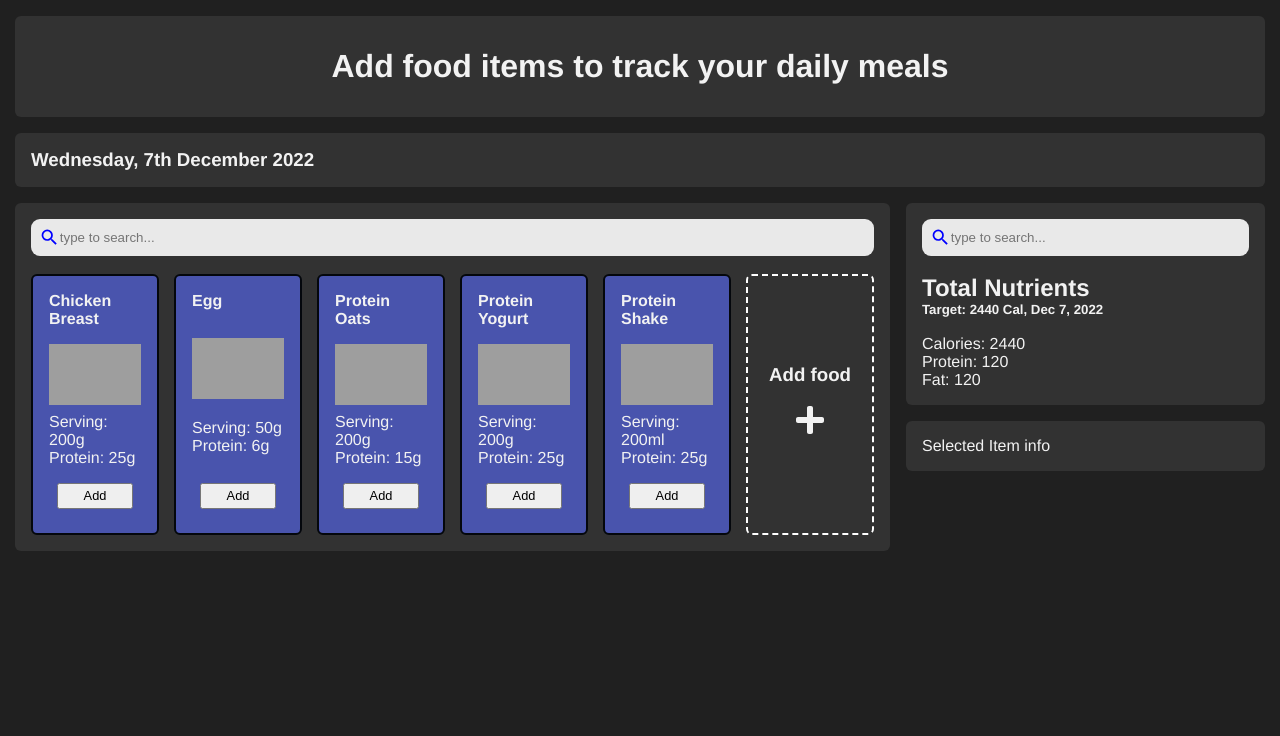
Repository: CEEPREL/NutritionTracker
Page: /
An editor plug-in stored every save of this project. The page is shown before and after the next save, followed by the edit.
The browser window is 1280 px wide. The pictures show the whole page.
Pictures or frames that could not be fetched are drawn as grey boxes. The project was rebuilt for these pictures with package versions that can differ from the ones it lists, and the page was loaded fresh each time. Also part of the build but not shown: vite.config.js.

Above is the page before, as saved 2022-12-08 22:03:05.

After the next save:
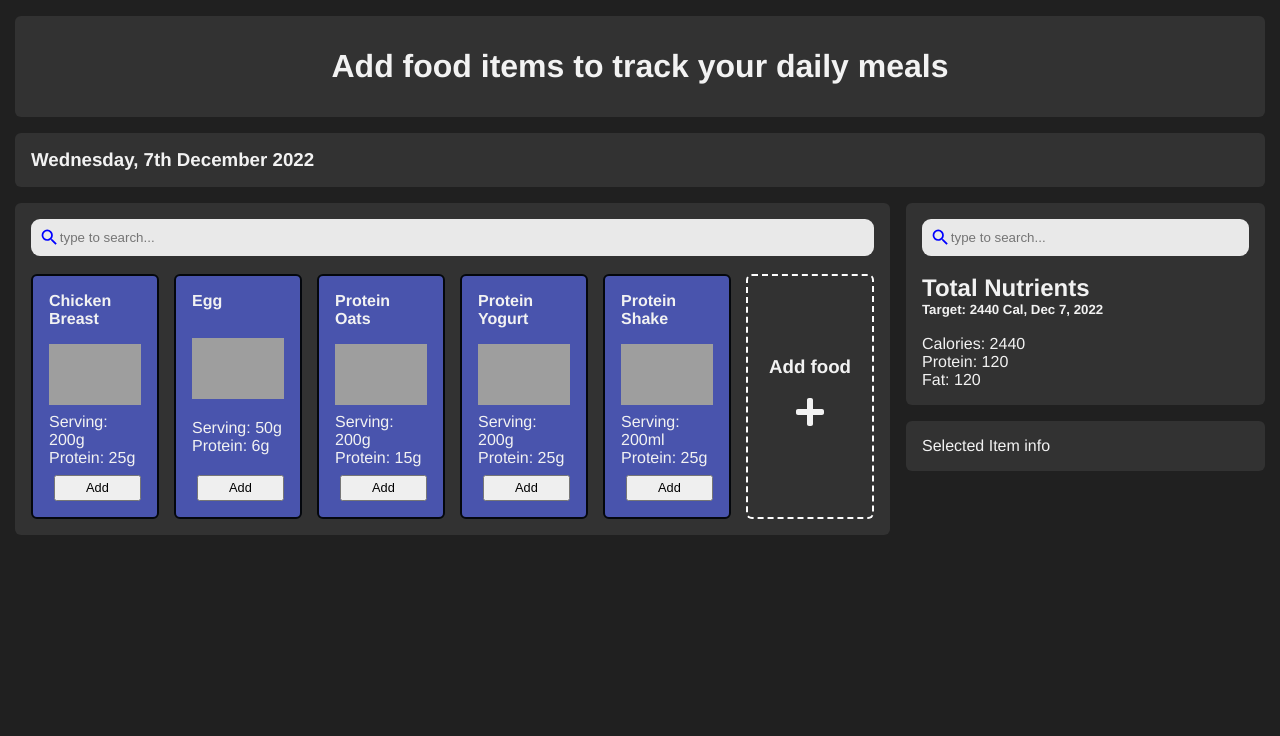
Saved 10 s later.
--- a/src/App.css
+++ b/src/App.css
@@ -100,7 +100,7 @@ body {
 .add-btn {
   font-size: 0.8rem;
   padding: 0.2rem;
-  margin:0.5rem;
+  margin-left: 0.3rem;
 }
 .new-card {
   min-height:140px;
